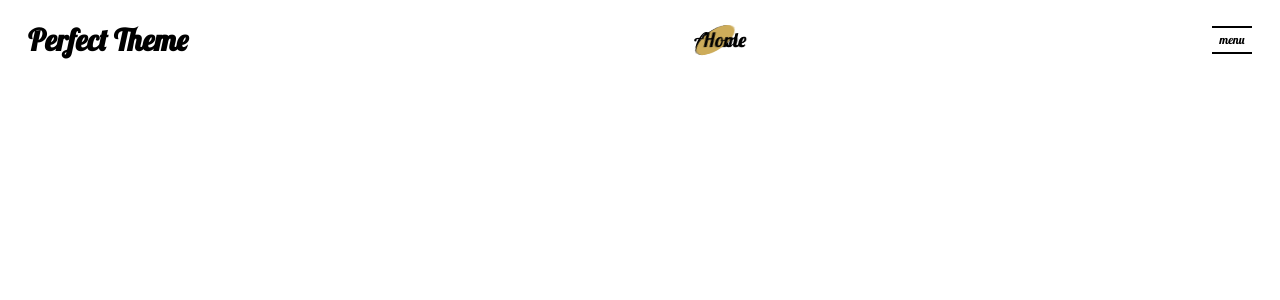
Repository: hsumyatm7308/laravel-blog
Page: blogweb/resources/views/blog/headerlayout.html
The author's editor kept a copy of each file at every save. The page is drawn from the files as they stood at one save, then again after the next save.
The browser window is 1280 px wide. The pictures show the whole page.
The pointer rests on the first visible `.skewtextctn`.
Some web libraries are served in a nearby version.

Above is the page before, as saved 2023-09-04 16:38:43.

### blogweb/resources/views/blog/headerlayout.html
<!DOCTYPE html>
<html>

<head>
    <title>@yield('title')</title>
    <script src="https://cdn.tailwindcss.com"></script>

</head>
<style>
    @import url('https://fonts.googleapis.com/css2?family=Lobster&display=swap');

    body {
        font-family: 'Lobster', cursive;
    }

    .container {
        width: 80%;
        height: auto;
        /* background-color: antiquewhite; */

        display: flex;
        justify-content: center;
        align-items: center;

        position: relative;


    }

    .navlabel {
        position: relative;
        /* background-color: aqua; */
    }

    .lictn{
        position: relative;
    }

    .skewtextctn , .skewtextctn2{
        width: 30px;
        height: 30px;
        border-radius: 100%;
        border-left:1px solid black;

        position: fixed;
        top: 25px;




        transform:  skew(-40deg);

    }
    .skewtextctn{
        left: 700px;
    }

    .skewtextctn2{
        left: 800px;
    }



    .article {
        position: fixed;
        left: 1px;

        top: 1px;
        transform: skew(40deg);

    }

    .skewtextctn:hover, .skewtextctn2:hover{
        transition: all 1.5s;
        background-color: rgb(205, 172, 90);
    }
</style>

<body class="bg-[#ffff]">
    <nav class="w-[100vw] flex justify-center items-center">
        <h1 class="text-3xl font-semibold">Perfect Theme</h1>

        <div class="w-[80%] h-20 flex justify-center items-center container">
            <div class="flex justify-between items-center list-none navlabel">
                <li class="p-5 mr-4 lictn">
                    <div class="bg-yellow-100 skewtextctn">
                        <a href="" class="text-xl text-black article">Home</a>
                    </div>
                </li>

                  <li class="p-5 mr-4">
                    <div class=" active">
                        <a href="" class="text-xl text-black ">Article</a>
                    </div>
                </li>
            </div>


        </div>

        <div class=" transform ">
            <span class="text-xs flex justify-center items-center flex-col">
                <div class="w-10 h-[2px] bg-black"></div>
                <span class="p-1 "> menu</span>
                <div class="w-10 h-[2px] bg-black font-semibold"></div>
            </span>
        </div>
    </nav>

</body>

</html>

After the next save:
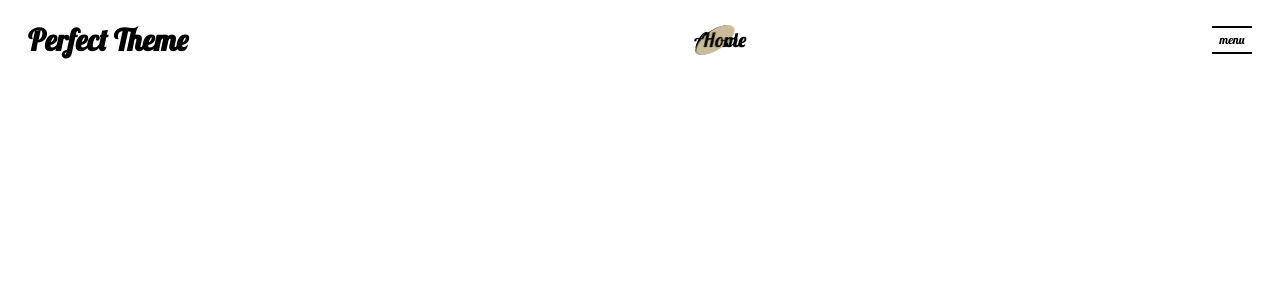
Saved 10 s later.
--- a/blogweb/resources/views/blog/headerlayout.html
+++ b/blogweb/resources/views/blog/headerlayout.html
@@ -72,7 +72,7 @@
 
     .skewtextctn:hover, .skewtextctn2:hover{
         transition: all 1.5s;
-        background-color: rgb(205, 172, 90);
+        background-color: rgb(202, 188, 152);
     }
 </style>
 
